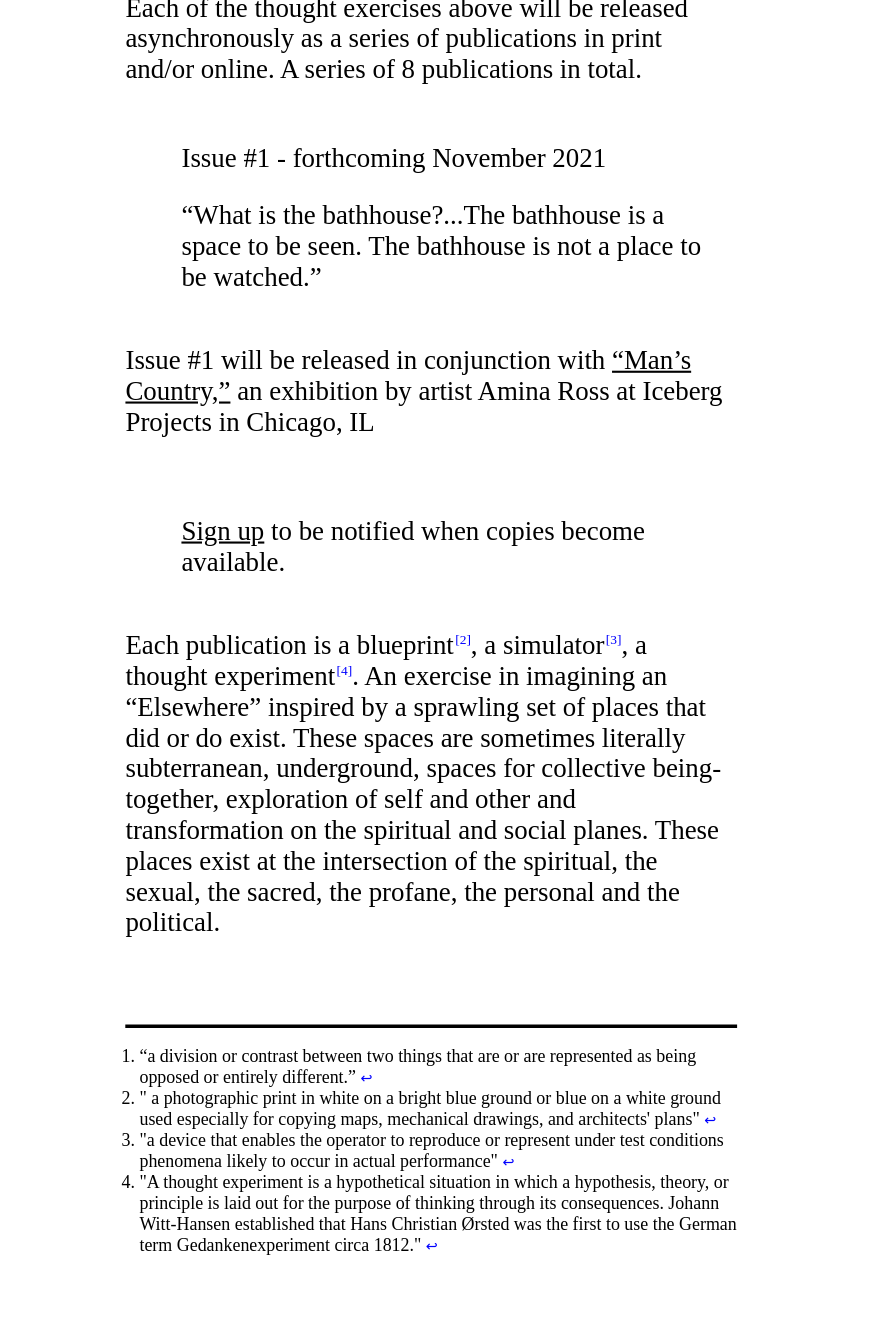
Repository: ayoungblood2/bathhouse.online
Page: index.html
The author's editor kept a copy of each file at every save. The page is drawn from the files as they stood at one save, then again after the next save.
The browser window is 1280 px wide. The pictures show the part of the page from y = 3451 to 5371 px (the page is 5371 px tall before and 5353 px after), at 70% of full size.
An inner scrolling area shows only its first screen. Backgrounds fixed to the window are drawn as part of the page. Some web fonts or font styles are not loaded; a fallback is used.

Above is the page before, as saved 2021-10-16 18:06:16.
Not found: js/layout_main.js
Not found: js/three_main.js
Not found: style.css

After the next save:
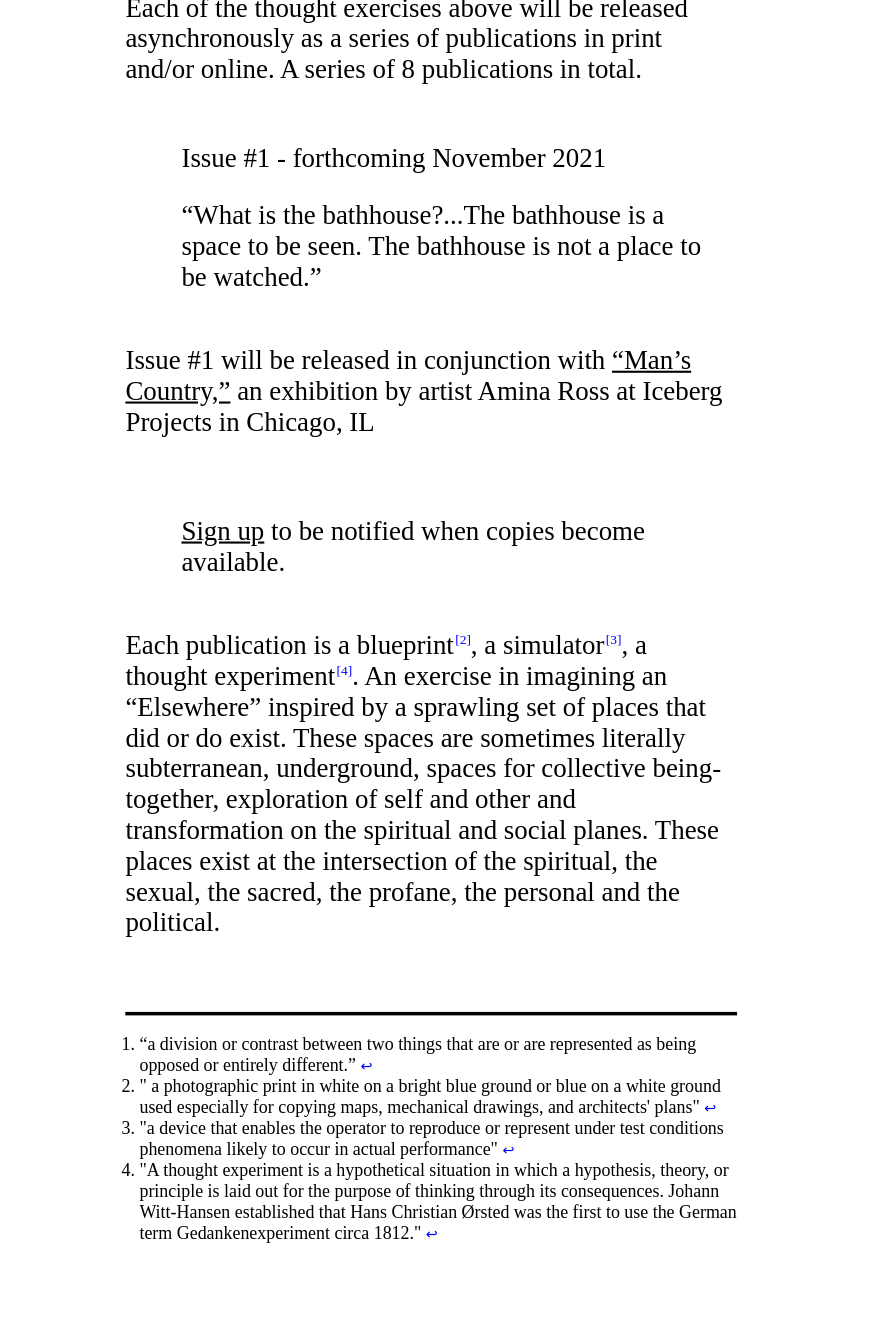
Saved 42 s later.
--- a/index.html
+++ b/index.html
@@ -359,7 +359,7 @@
                         of the spiritual, the sexual, the sacred, the profane, the personal and the political.
 
                     </p>
-                    <br> <br>
+                    <br>
 
                 </article>
 
